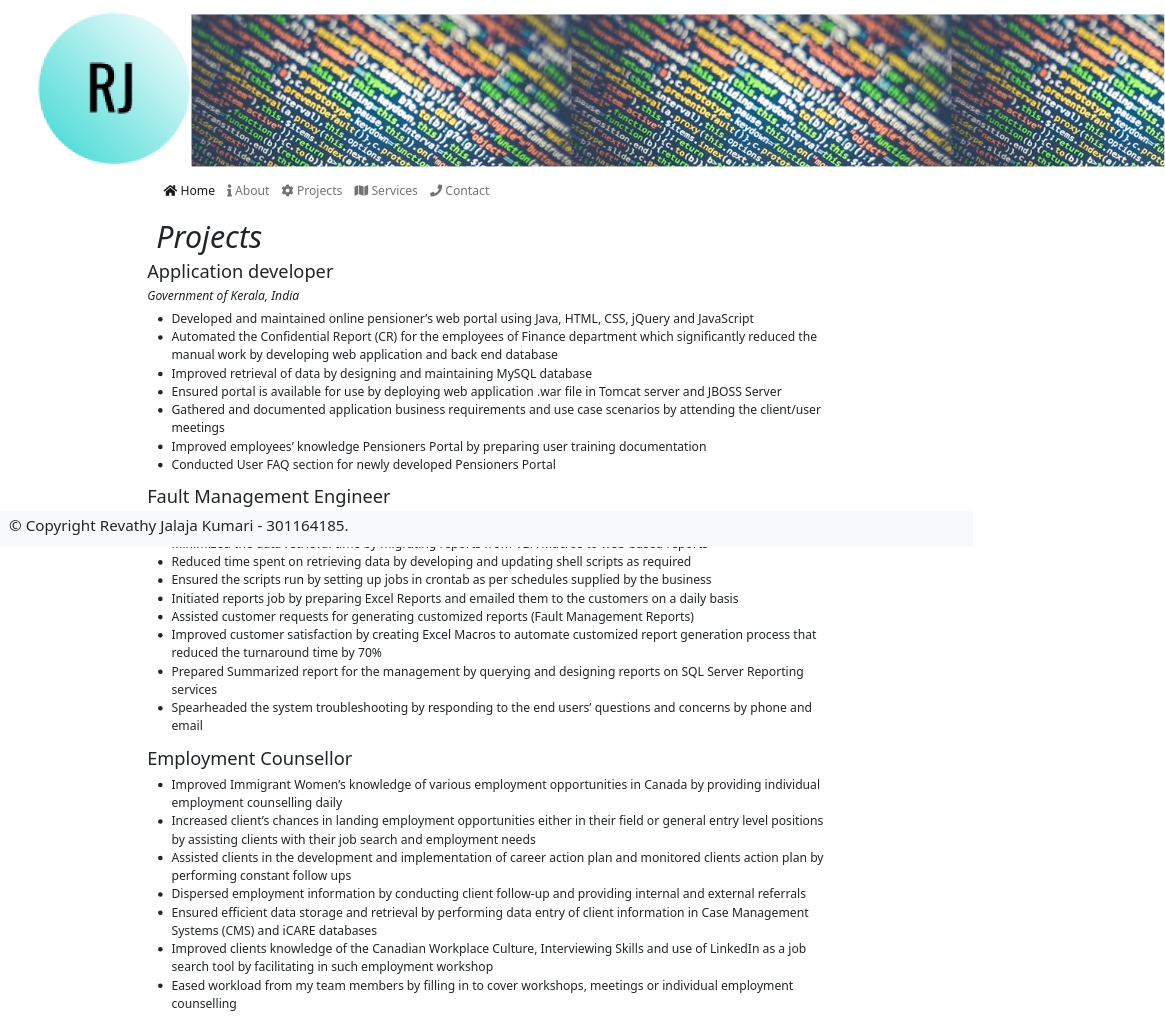
Repository: RevathyJK/Portfolio
Page: http://localhost/projects
These files come from the project's save history. The page is drawn as it stood at one moment and after the next save; the edit follows.
The browser window is 1280 px wide. The page is 1533 px wide, so the pictures cover 1533 px, including what lies to the right of the window. The pictures show the whole page, at 76% of full size.
Backgrounds fixed to the window are drawn as part of the page. The page is served by the project's Node server (server.js). Other server files are loaded and not shown.

Above is the page before, as saved 2021-10-01 13:17:49.

### Server/Views/index.ejs
<!DOCTYPE html>
<html lang="en">
<head>
    <meta charset="UTF-8">
    <meta http-equiv="X-UA-Compatible" content="IE=edge">
    <meta name="viewport" content="width=device-width, initial-scale=1.0">
    <title><%= title %></title>
    <!-- CSS Section -->
    <link rel="stylesheet" href="./Content/app.css">
    <link rel="stylesheet" href="./bootstrap/dist/css/bootstrap.min.css">
    <link rel="stylesheet" href="./@fortawesome/fontawesome-free/css/all.min.css">
</head>
<body>
    <!-- Main Navigation Section -->
    <header>
      <%- include('components/header.ejs'); %>
    </header>


    <!-- Content Section -->
    <main>
      <div class="container">
        <%- include('content/' + page + '.ejs'); %>
      </div>
    </main>

    <footer>
    <%- include('components/footer.ejs'); %>
    </footer>

    <!-- JavaScript Section -->
    <script src="./jquery/dist/jquery.min.js"></script>
    <script src="./bootstrap/dist/js/bootstrap.min.js"></script>
    <script src="./@fortawesome/fontawesome-free/js/all.min.js"></script>

    <script src="./Scripts/app.js"></script>
</body>
</html>

### Server/Views/components/header.ejs

<table>
<tr>
  <td class="over"><img src="logo.png"></td>
  <td><div  class="header-img"></div></td>
</tr>
</table>


<div id="allPage">

<nav class="navbar navbar-expand-lg navbar-light navcustom">
  <div class="container-fluid">
    <a class="navbar-brand"></a>
    <button class="navbar-toggler" type="button" data-bs-toggle="collapse" data-bs-target="#navbarSupportedContent" aria-controls="navbarSupportedContent" aria-expanded="false" aria-label="Toggle navigation">
      <span class="navbar-toggler-icon"></span>
    </button>
    <div class="collapse navbar-collapse" id="navbarSupportedContent" >
      <ul class="navbar-nav ms-auto mb-2 mb-lg-0">
        <li class="nav-item">
          <a class="nav-link active" href="/home"><i class="fas fa-home"></i> Home</a>
        </li>
        <li class="nav-item">
          <a class="nav-link" href="/about"><i class="fas fa-info"></i> About</a>
        </li>
        <li class="nav-item">
          <a class="nav-link" href="/projects"><i class="fas fa-cog"></i> Projects</a>
        </li>
        <li class="nav-item">
          <a class="nav-link" href="/services"><i class="fas fa-map"></i> Services</a>
        </li>

        <li class="nav-item">
          <a class="nav-link" href="/contact"><i class="fas fa-phone"></i> Contact</a>
        </li>
      </ul>
    </div>
  </div>
</nav>
<br>

</div>

### Server/Views/content/projects.ejs
<div id ="allPage">
<div class="container">
        <h1><em><%= title %></em></h1>
</div>

<div>
<tr>
        <h4>Application developer</h4>
        <h6><i>Government of Kerala, India</i></h6>
        <ul>
                <li>Developed and maintained online pensioner’s web portal using Java, HTML, CSS, jQuery and JavaScript </li>
		<li>Automated the Confidential Report (CR) for the employees of Finance department which significantly reduced the manual work by developing web application and back end database  </li>
		<li>Improved retrieval of data by designing and maintaining MySQL database </li>
		<li>Ensured portal is available for use by deploying web application .war file in Tomcat server and JBOSS Server</li>
		<li>Gathered and documented application business requirements and use case scenarios by attending the client/user meetings</li>
		<li>Improved employees’ knowledge Pensioners Portal by preparing user training documentation </li>
		<li>Conducted User FAQ section for newly developed Pensioners Portal</li>
        </ul>
</tr>

<tr>
        <h4>Fault Management Engineer</h4>
        <h6><i>Nokia Siemens Network, Chennai , India</i></h6>
        <ul>
                <li>Minimized the data retrieval time by migrating reports from VBA Macros to web-based reports</li>
		<li>Reduced time spent on retrieving data by developing and updating shell scripts as required </li>
		<li>Ensured the scripts run by setting up jobs in crontab as per schedules supplied by the business </li>
                <li>Initiated reports job by preparing Excel Reports and emailed them to the customers on a daily basis </li>
                <li>Assisted customer requests for generating customized reports (Fault Management Reports) </li>
                <li>Improved customer satisfaction by creating Excel Macros to automate customized report generation process that reduced the turnaround time by 70%  </li>
                <li>Prepared Summarized report for the management by querying and designing reports on SQL Server Reporting services </li>
                <li>Spearheaded the system troubleshooting by responding to the end users’ questions and concerns by phone and email </li>

        </ul>
</tr>


<tr>
        <h4>Employment Counsellor</h4>
        <ul &#10146>
                <li>Improved Immigrant Women’s knowledge of various employment opportunities in Canada by providing individual employment counselling daily </li>
                <li>Increased client’s chances in landing employment opportunities either in their field or general entry level positions by assisting clients with their job search and employment needs</li>
                <li>Assisted clients in the development and implementation of career action plan and monitored clients action plan by performing constant follow ups </li>
                <li>Dispersed employment information by conducting client follow-up and providing internal and external referrals </li>
                <li>Ensured efficient data storage and retrieval by performing data entry of client information in Case Management Systems (CMS) and iCARE databases </li>
                <li>Improved clients knowledge of the Canadian Workplace Culture, Interviewing Skills and use of LinkedIn as a job search tool by facilitating in such employment workshop </li>
                <li>Eased workload from my team members by filling in to cover workshops, meetings or individual employment counselling</li>
	</ul>
</tr>




</div>
</div>

### Server/Views/components/footer.ejs
<div id ="allPage">
<nav class="navbar fixed-bottom navbar-light bg-light">
    <div class="container-fluid">
        <h5>&copy; Copyright Revathy Jalaja Kumari - 301164185.</h5>
    </div>
</nav>
</div>

### server.js
#!/usr/bin/env node
"use strict";
/**
 * Module dependencies.
 */
var __importDefault = (this && this.__importDefault) || function (mod) {
    return (mod && mod.__esModule) ? mod : { "default": mod };
};
Object.defineProperty(exports, "__esModule", { value: true });
const app_1 = __importDefault(require("./Server/Config/app"));
const debug_1 = __importDefault(require("debug"));
(0, debug_1.default)('comp229-f2021-lesson4:server');
const http_1 = __importDefault(require("http"));
/**
 * Get port from environment and store in Express.
 */
let port = normalizePort(process.env.PORT || '3000');
app_1.default.set('port', port);
/**
 * Create HTTP server.
 */
let server = http_1.default.createServer(app_1.default);
/**
 * Listen on provided port, on all network interfaces.
 */
server.listen(port);
server.on('error', onError);
server.on('listening', onListening);
/**
 * Normalize a port into a number, string, or false.
 */
function normalizePort(val) {
    let port = parseInt(val, 10);
    if (isNaN(port)) {
        // named pipe
        return val;
    }
    if (port >= 0) {
        // port number
        return port;
    }
    return false;
}
/**
 * Event listener for HTTP server "error" event.
 */
function onError(error) {
    if (error.syscall !== 'listen') {
        throw error;
    }
    let bind = typeof port === 'string'
        ? 'Pipe ' + port
        : 'Port ' + port;
    // handle specific listen errors with friendly messages
    switch (error.code) {
        case 'EACCES':
            console.error(bind + ' requires elevated privileges');
            process.exit(1);
            break;
        case 'EADDRINUSE':
            console.error(bind + ' is already in use');
            process.exit(1);
            break;
        default:
            throw error;
    }
}
/**
 * Event listener for HTTP server "listening" event.
 */
function onListening() {
    let addr = server.address();
    let bind = typeof addr === 'string'
        ? 'pipe ' + addr
        : 'port ' + addr.port;
    (0, debug_1.default)('Listening on ' + bind);
}
//# sourceMappingURL=server.js.map

### Server/Routes/index.js
"use strict";
var __importDefault = (this && this.__importDefault) || function (mod) {
    return (mod && mod.__esModule) ? mod : { "default": mod };
};
Object.defineProperty(exports, "__esModule", { value: true });
const express_1 = __importDefault(require("express"));
const router = express_1.default.Router();
exports.default = router;

/* GET home page. */
router.get('/', function (req, res, next) {
    res.render('index', { title: 'Home', page: 'home' });
});
/* GET home page. */
router.get('/home', function (req, res, next) {
    res.render('index', { title: 'Home', page: 'home' });
});
/* GET about page. */
router.get('/about', function (req, res, next) {
    res.render('index', { title: 'Revathy Jalaja Kumari', page: 'about' });
});
/* GET projects page. */
router.get('/projects', function (req, res, next) {
    res.render('index', { title: 'Projects', page: 'projects' });
});
/* GET services page. */
router.get('/services', function (req, res, next) {
    res.render('index', { title: 'Services', page: 'services' });
});
/* GET contact page. */
router.get('/contact', function (req, res, next) {
    res.render('index', { title: 'Contact Me', page: 'contact' });
});





//module.exports = router;
//# sourceMappingURL=index.js.map

### Client/Content/app.css
#allPage {
	width: 80%;
      margin: auto;
      max-width: 1200px;
      display: grid;
	/*grid-template-columns: 150px auto auto;
	grid-template-rows: auto auto auto ; */
}

nav ul {
    display: flex;
    flex-direction: column;
    flex-wrap: nowrap;
    color: #FFFFFF;
    position: absolute;
}

.navcustom{

    width: 90%;
      margin: auto;
      max-width: 1200px;
      color: #FFFFFF;
}

img {
    padding-left: 25px;
    padding-top: 15px;
    padding-bottom: 20px;;
}

.over{

    padding-left: 25px;
}

.header-img {

    height: 200px;
    width:1280px;
    background: url("banner.jpg") repeat ;
    background-attachment: fixed;
    background-size: auto;


  }

### Client/Scripts/app.js
"use strict";
/* custom js goes here */
// IIFE - Immediately Invoked Function Expression (AKA an anonymous self-executing function)
(function () {
    function Start() {
        console.log("App Started...");
    }
    window.addEventListener("load", Start);
})();
//# sourceMappingURL=app.js.map

After the next save:
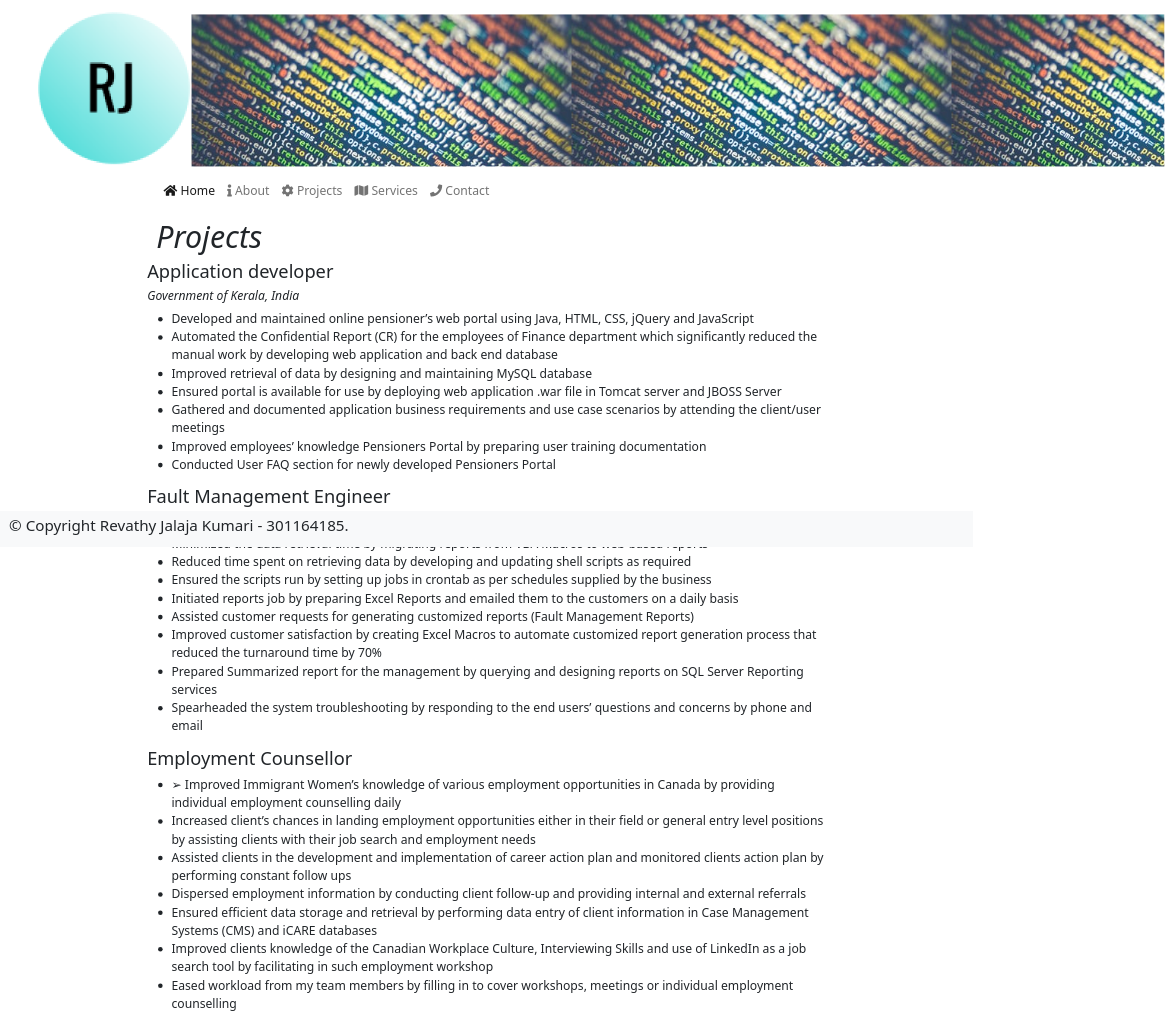
Saved 23 s later.
--- a/Server/Views/content/projects.ejs
+++ b/Server/Views/content/projects.ejs
@@ -37,8 +37,8 @@
 
 <tr>
         <h4>Employment Counsellor</h4>
-        <ul &#10146>
-                <li>Improved Immigrant Women’s knowledge of various employment opportunities in Canada by providing individual employment counselling daily </li>
+        <ul >
+                <li>&#10146 Improved Immigrant Women’s knowledge of various employment opportunities in Canada by providing individual employment counselling daily </li>
                 <li>Increased client’s chances in landing employment opportunities either in their field or general entry level positions by assisting clients with their job search and employment needs</li>
                 <li>Assisted clients in the development and implementation of career action plan and monitored clients action plan by performing constant follow ups </li>
                 <li>Dispersed employment information by conducting client follow-up and providing internal and external referrals </li>
